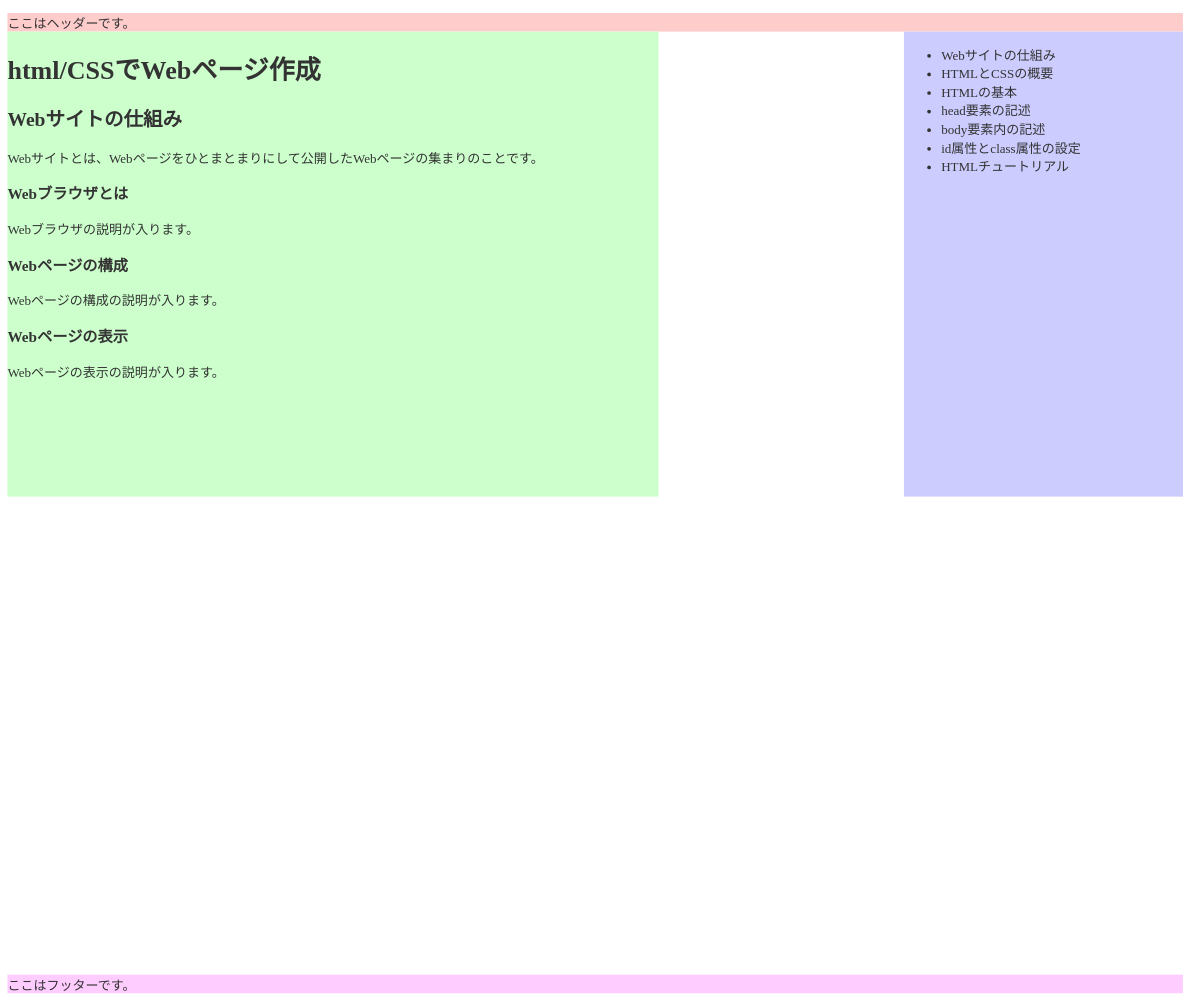
Repository: ichiro-fujii/kadai-commit
Page: lesson-htmlcss/kadai-html.html
The author's editor kept a record of every edit. The page is drawn from the files as they stood at one moment, then again after the next edit.
The browser window is 1280 px wide. The pictures show the whole page, at 93% of full size.

Above is the page before.

### lesson-htmlcss/kadai-html.html
<!DOCTYPE html>
<html lang="ja">
    <head>
        <meta charset="UTF-8">
        <title>HTML/CSSでＷｅｂページ作成</title>
        <link rel="stylesheet" href="kadai-css.css">
    </head>
    <body>
        <!--ここからヘッダー-->
        <header>
            <p>ここはヘッダーです。</p>
        </header>
        <!--wrapperはなぜ入れるのですか-->
        <div id="wrapper">
        <div id="main">
            <h1>html/CSSでWebページ作成</h1>
            <h2>Webサイトの仕組み</h2>
            <p>Webサイトとは、Webページをひとまとまりにして公開したWebページの集まりのことです。</p>
            <h3>Webブラウザとは</h3>
            <p>Webブラウザの説明が入ります。</p>
            <h3>Webページの構成</h3>
            <p>Webページの構成の説明が入ります。</p>
            <h3>Webページの表示</h3>
            <p>Webページの表示の説明が入ります。</p>
            </div>
            <nav id="menu">
                <ul>
                    <li>Webサイトの仕組み</li>
                    <li>HTMLとCSSの概要</li>
                    <li>HTMLの基本</li>
                    <li>head要素の記述</li>
                    <li>body要素内の記述</li>
                    <li>id属性とclass属性の設定</li>
                    <li>HTMLチュートリアル</li>
                </ul>
            </nav>
            </div>
            <footer>
            <p>ここはフッターです。</p>
        </footer>


    </body>
</html>

### lesson-htmlcss/kadai-css.css
@charset "UTF-8";
/*チャプター：全体の設定*/
body {

    margin: 1000;
    padding: 0;
    color: #333;
    font-size: 14px;
}
header {
    height: 20px;
    background-color:#ffcccc;
    }
#wrapper {
    height: 1000px;
    display: flex;
    justify-content:space-between;
}
#main {
    float: left;
    width: 700px;
    height: 500px;
    background-color: #ccffcc;
}
#menu {
    float: right;
    width: 300px;
    height: 500px;
    background-color: #ccccff;
}
footer {
    height: 20px;
    background-color: #ffccff;
}

After the next edit:
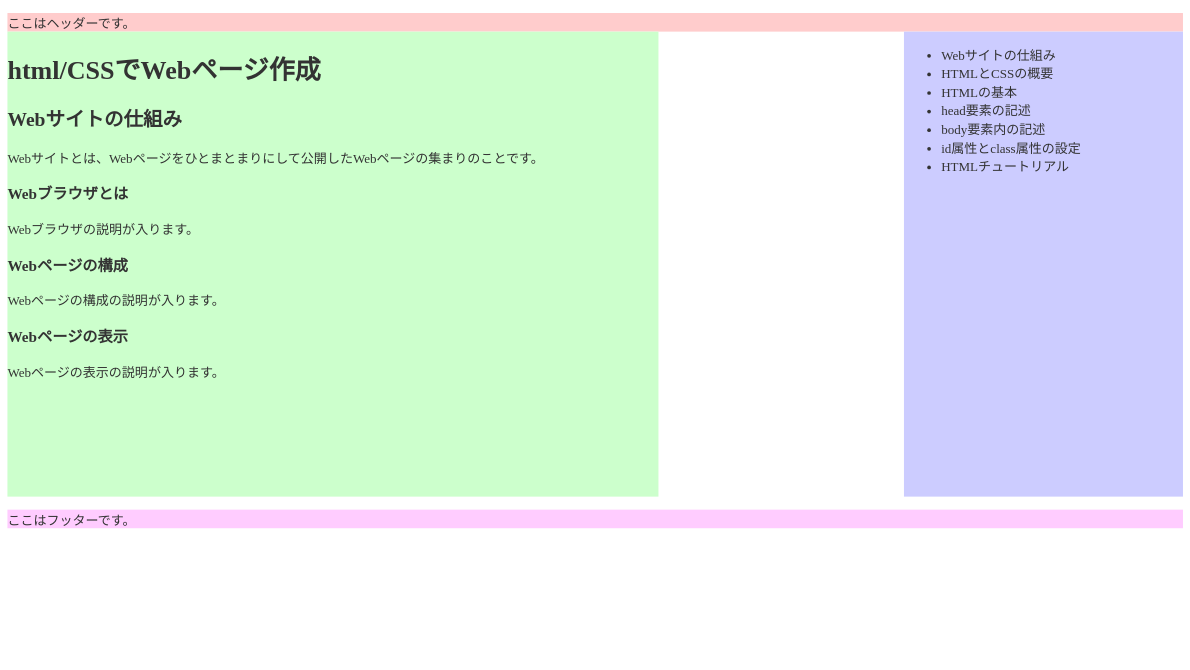
The edit:
--- a/lesson-htmlcss/kadai-css.css
+++ b/lesson-htmlcss/kadai-css.css
@@ -12,7 +12,6 @@
     background-color:#ffcccc;
     }
 #wrapper {
-    height: 1000px;
     display: flex;
     justify-content:space-between;
 }
